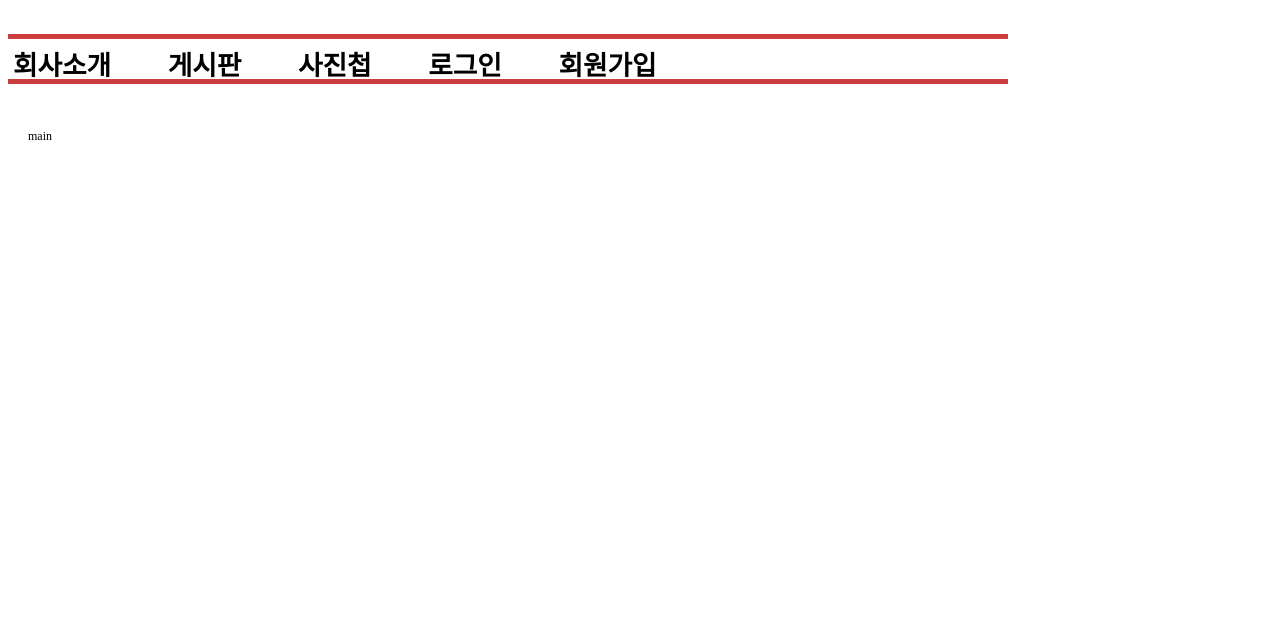
Repository: asaf0813/aisw
Page: java/이클립스/workspace/html/htmltest/WebContent/main.html
These files come from the project's save history. The page is drawn as it stood at one moment and after the next save; the edit follows.
The browser window is 1280 px wide. The pictures show the part of the page from y = 158 to 787 px (the page is 787 px tall before and 777 px after).

Above is the page before, as saved 2019-10-03 07:20:20.

After the next save:
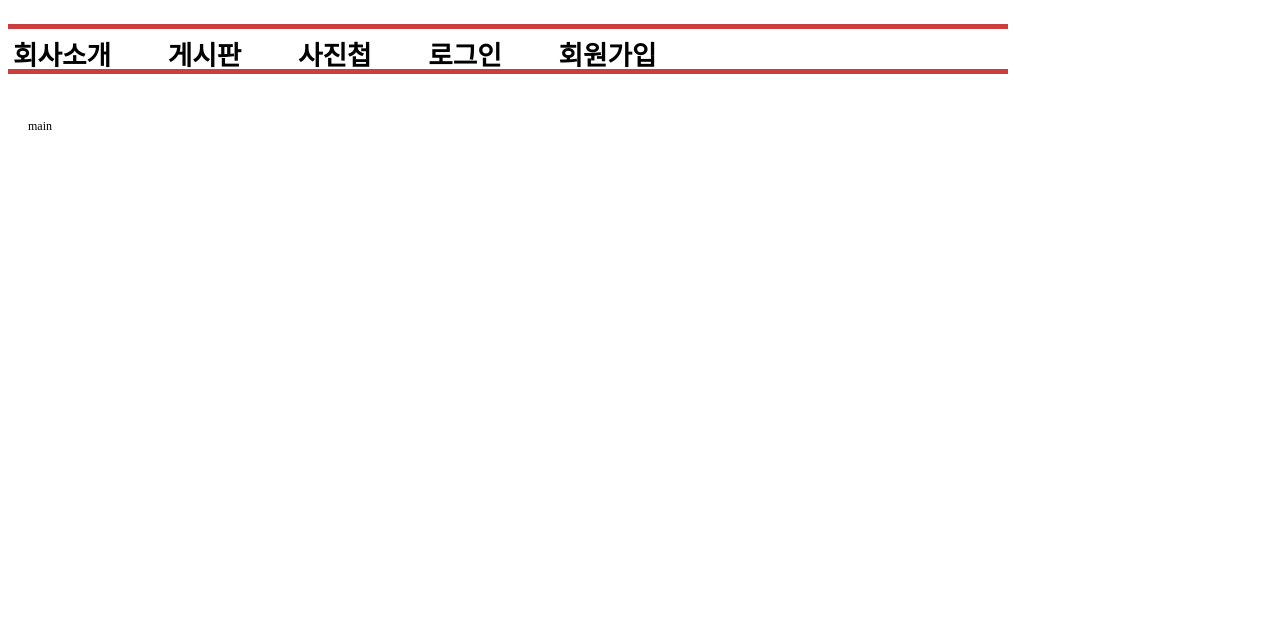
Saved 1 s later.
--- a/java/이클립스/workspace/html/htmltest/WebContent/main.css
+++ b/java/이클립스/workspace/html/htmltest/WebContent/main.css
@@ -13,8 +13,6 @@
 	height:5px;
 	background-color:#CC3D3D;
 	float:left;
-	margin-top:10px;
-
 }
 .topnavi a:hover{color:green;}
 .topnavi a{color:#000000;}
